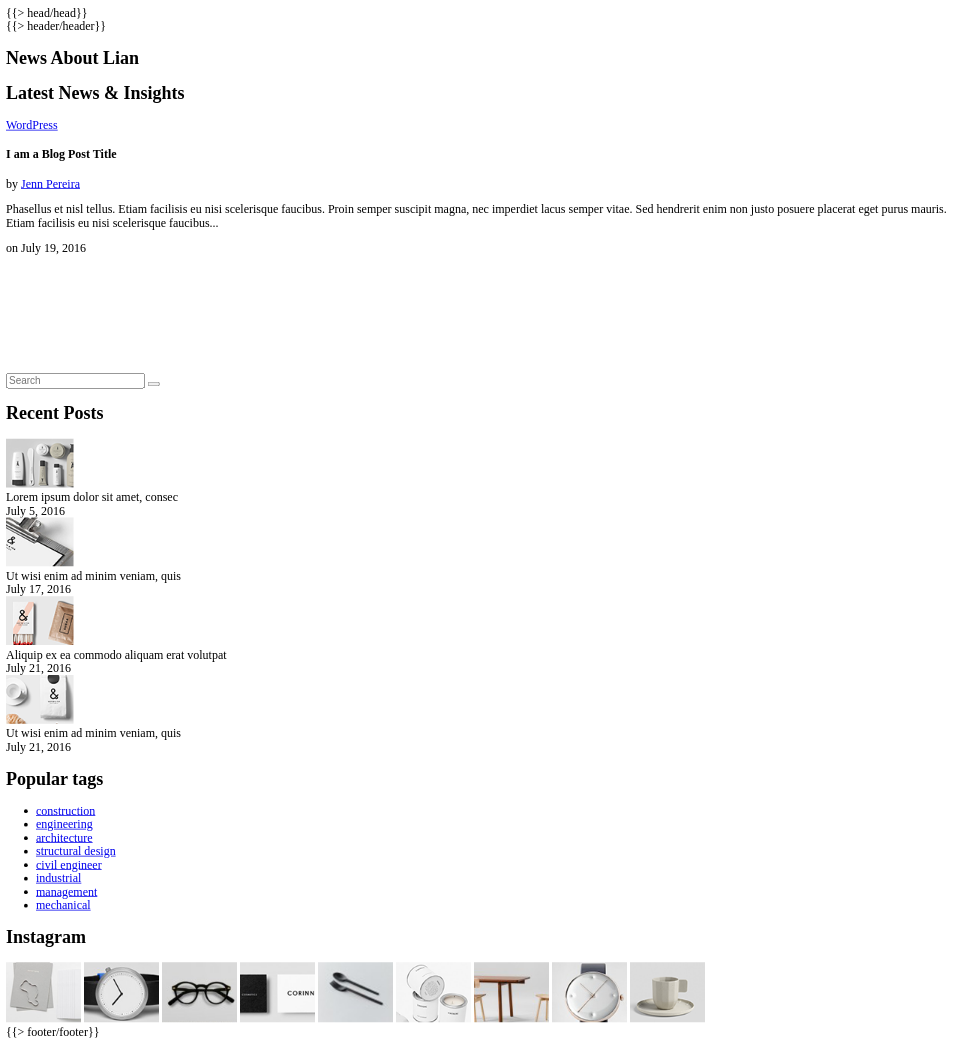
Repository: nataliiasaltan/Lian
Page: src/blog.html
The author's editor kept a copy of each file at every save. The page is drawn from the files as they stood at one save, then again after the next save.
The browser window is 1280 px wide. The pictures show the whole page, at 75% of full size.

Above is the page before, as saved 2020-05-23 17:40:41.

### src/blog.html
<!DOCTYPE html>
<html lang="en">
<title>lian</title>

<head>
    {{> head/head}}
</head>

<body>
    <div class="wrapper">
        {{> header/header}}
        <main>
            <section class="blog">
                <div class="banner">
                    <div class="top"></div>
                    <div class="banner__head" style="background-image: url(images/heading4.png);">
                    </div>
                    <div class="banner__inner">
                        <h1 class="banner__title">News About Lian</h1>
                        <h2 class="banner__content">Latest News & Insights</h2>
                    </div>
                </div>
                <div class="blog__container">
                    <div class="blog__main">
                        <div class="blog__wrapper">
                            <div class="blog__post">
                                <div class="blog__inner">
                                    <a href="#" class="blog__btn">WordPress</a>
                                    <h4 class="bold">I am a Blog Post Title</h4>
                                    <div class="blog__content">
                                        <i class="icon-user"></i>
                                        <span>by</span>
                                        <a href="#" class="blog__avtor">Jenn Pereira</a>
                                    </div>
                                    <div class="blog__text">
                                        <p>Phasellus et nisl tellus. Etiam facilisis eu nisi scelerisque faucibus. Proin semper suscipit magna, nec imperdiet lacus semper vitae. Sed hendrerit enim non justo posuere placerat eget purus mauris. Etiam facilisis
                                            eu nisi scelerisque faucibus...</p>
                                    </div>
                                    <div class="blog__holder">
                                        <div class="blog__date">
                                            <i class="icon-calendar-o"></i>
                                            <span>on</span>
                                            <time datetime="2016-07-19T18:18">July 19, 2016</time>
                                        </div>
                                        <div class="blog__like">
                                            <a href="#"><i class="icon-share-alt"></i></a>
                                            <a href="#"><i class="icon-heart"></i></a>
                                        </div>
                                    </div>
                                </div>
                            </div>
                            <div class="blog__post">
                                <a href=""><img src="" alt=""></a>
                                <div class="blog__inner">
                                    <h4 class="bold"></h4>
                                    <div class="blog__content">
                                        <i class="icon-user"></i>
                                        <span></span>
                                        <a href="#" class="blog__avtor"> </a>
                                    </div>
                                    <div class="blog__text">
                                        <p></p>
                                    </div>
                                    <div class="blog__holder">
                                        <div class="blog__date">
                                            <i class="icon-calendar-o"></i>
                                            <span></span>
                                            <time datetime=""></time>
                                        </div>
                                        <div class="blog__like">
                                            <a href="#"><i class="icon-share-alt"></i></a>
                                            <a href="#"><i class="icon-heart"></i></a>
                                        </div>
                                    </div>
                                </div>
                            </div>
                            <div class="blog__post">
                                <a href=""><img src="" alt=""></a>
                                <div class="blog__inner">
                                    <a href="#" class="blog__btn"></a>
                                    <h4 class="bold"></h4>
                                    <div class="blog__content">
                                        <i class="icon-user"></i>
                                        <span></span>
                                        <a href="#" class="blog__avtor"> </a>
                                    </div>
                                    <div class="blog__text">
                                        <p></p>
                                    </div>
                                    <div class="blog__holder">
                                        <div class="blog__date">
                                            <i class="icon-calendar-o"></i>
                                            <span></span>
                                            <time datetime=""></time>
                                        </div>
                                        <div class="blog__like">
                                            <a href="#"><i class="icon-share-alt"></i></a>
                                            <a href="#"><i class="icon-heart"></i></a>
                                        </div>
                                    </div>
                                </div>
                            </div>
                        </div>
                        <div class="blog__wrapper">
                            <div class="blog__post">
                                <a href=""><img src="" alt=""></a>
                                <div class="blog__inner">
                                    <a href="#" class="blog__btn"></a>
                                    <h4 class="bold"></h4>
                                    <div class="blog__content">
                                        <i class="icon-user"></i>
                                        <span></span>
                                        <a href="#" class="blog__avtor"> </a>
                                    </div>
                                    <div class="blog__text">
                                        <p></p>
                                    </div>
                                    <div class="blog__holder">
                                        <div class="blog__date">
                                            <i class="icon-calendar-o"></i>
                                            <span></span>
                                            <time datetime=""></time>
                                        </div>
                                        <div class="blog__like">
                                            <a href="#"><i class="icon-share-alt"></i></a>
                                            <a href="#"><i class="icon-heart"></i></a>
                                        </div>
                                    </div>
                                </div>
                            </div>
                            <div class="blog__post"></div>
                            <div class="blog__post">
                                <a href=""><img src="" alt=""></a>
                                <div class="blog__inner">
                                    <a href="#" class="blog__btn"></a>
                                    <h4 class="bold"></h4>
                                    <div class="blog__content">
                                        <i class="icon-user"></i>
                                        <span></span>
                                        <a href="#" class="blog__avtor"> </a>
                                    </div>
                                    <div class="blog__text">
                                        <p></p>
                                    </div>
                                    <div class="blog__holder">
                                        <div class="blog__date">
                                            <i class="icon-calendar-o"></i>
                                            <span></span>
                                            <time datetime=""></time>
                                        </div>
                                        <div class="blog__like">
                                            <a href="#"><i class="icon-share-alt"></i></a>
                                            <a href="#"><i class="icon-heart"></i></a>
                                        </div>
                                    </div>
                                </div>
                            </div>
                        </div>
                    </div>
                    <div class="blog__aside">
                        <form class="search-form" action="#">
                            <input placeholder="Search" class="aside__input">
                            <button class="aside__btn">
                                <i class="icon-search aside__search"></i>
                            </button>
                        </form>
                        <div class="aside__wrapper">
                            <h2 class="aside__head">Recent Posts</h2>
                            <div class="aside__inner">
                                <div class="aside__post">
                                    <div class="aside__img">
                                        <a href="#"><img src="images/asidePost1.png" alt=""></a>
                                    </div>
                                    <div class="aside__holder">
                                        <div class="aside__text">Lorem ipsum dolor sit amet, consec</div>
                                        <div class="aside__time" datetime="2017-07-05T18:18">July 5, 2016</div>
                                    </div>
                                </div>
                                <div class="aside__post">
                                    <div class="aside__img">
                                        <a href="#"><img src="images/asidePost2.png" alt=""></a>
                                    </div>
                                    <div class="aside__holder">
                                        <div class="aside__text">Ut wisi enim ad minim veniam, quis</div>
                                        <div class="aside__time" datetime="2017-07-17T18:18">July 17, 2016</div>
                                    </div>
                                </div>
                                <div class="aside__post">
                                    <div class="aside__img">
                                        <a href="#"><img src="images/asidePost3.png" alt=""></a>
                                    </div>
                                    <div class="aside__holder">
                                        <div class="aside__text">Aliquip ex ea commodo aliquam erat volutpat</div>
                                        <div class="aside__time" datetime="2017-07-21T18:18">July 21, 2016</div>
                                    </div>
                                </div>
                                <div class="aside__post">
                                    <div class="aside__img">
                                        <a href="#"><img src="images/asidePost4.png" alt=""></a>
                                    </div>
                                    <div class="aside__holder">
                                        <div class="aside__text">Ut wisi enim ad minim veniam, quis</div>
                                        <div class="aside__time" datetime="2017-07-17T18:18">July 21, 2016</div>
                                    </div>
                                </div>
                            </div>
                        </div>
                        <div class="aside__wrapper">
                            <h2 class="aside__head">Popular tags</h2>
                            <ul class="aside__inner wrap">
                                <li class="aside__container"><a href="#" class="aside__link">construction</a></li>
                                <li class="aside__container"><a href="#" class="aside__link">engineering</a></li>
                                <li class="aside__container"><a href="#" class="aside__link">architecture</a></li>
                                <li class="aside__container"><a href="#" class="aside__link">structural design</a></li>
                                <li class="aside__container"><a href="#" class="aside__link">civil engineer</a></li>
                                <li class="aside__container"><a href="#" class="aside__link">industrial</a></li>
                                <li class="aside__container"><a href="#" class="aside__link">management</a></li>
                                <li class="aside__container"><a href="#" class="aside__link">mechanical</a></li>
                            </ul>
                        </div>
                        <div class="aside__wrapper">
                            <h2 class="aside__head">Instagram</h2>
                            <div class="aside__instagram">
                                <img src="images/asideInstagram1.png" alt="" class="instagram__img">
                                <img src="images/asideInstagram2.png" alt="" class="instagram__img">
                                <img src="images/asideInstagram3.png" alt="" class="instagram__img">
                                <img src="images/asideInstagram4.png" alt="" class="instagram__img">
                                <img src="images/asideInstagram5.png" alt="" class="instagram__img">
                                <img src="images/asideInstagram6.png" alt="" class="instagram__img">
                                <img src="images/asideInstagram7.png" alt="" class="instagram__img">
                                <img src="images/asideInstagram8.png" alt="" class="instagram__img">
                                <img src="images/asideInstagram9.png" alt="" class="instagram__img">
                            </div>
                        </div>
                    </div>
                </div>
            </section>
        </main>
        {{> footer/footer}}
    </div>
</body>

</html>

After the next save:
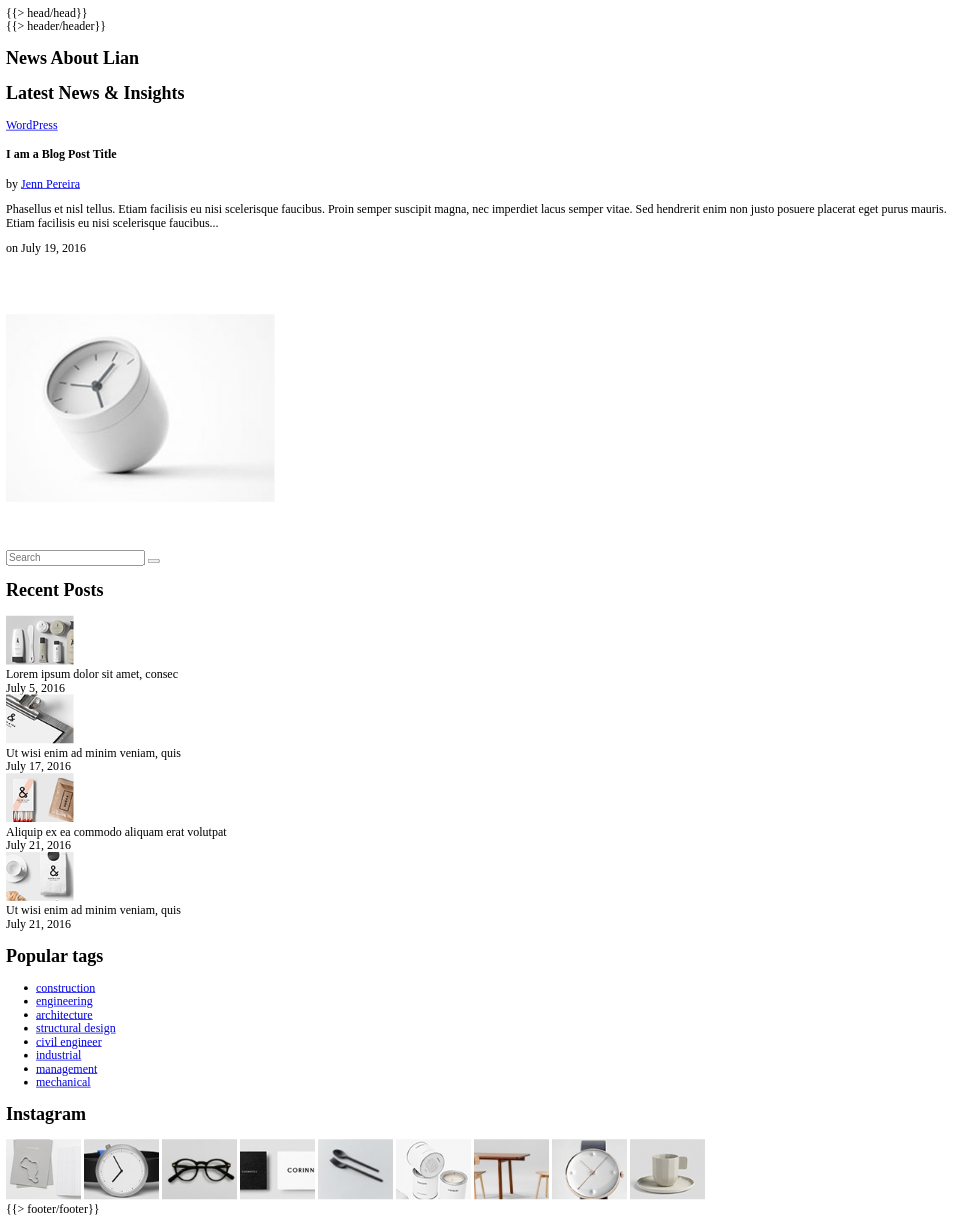
Saved 91 s later.
--- a/src/blog.html
+++ b/src/blog.html
@@ -103,7 +103,7 @@
                         </div>
                         <div class="blog__wrapper">
                             <div class="blog__post">
-                                <a href=""><img src="" alt=""></a>
+                                <a href=""><img src="images/post3.png" alt=""></a>
                                 <div class="blog__inner">
                                     <a href="#" class="blog__btn"></a>
                                     <h4 class="bold"></h4>
